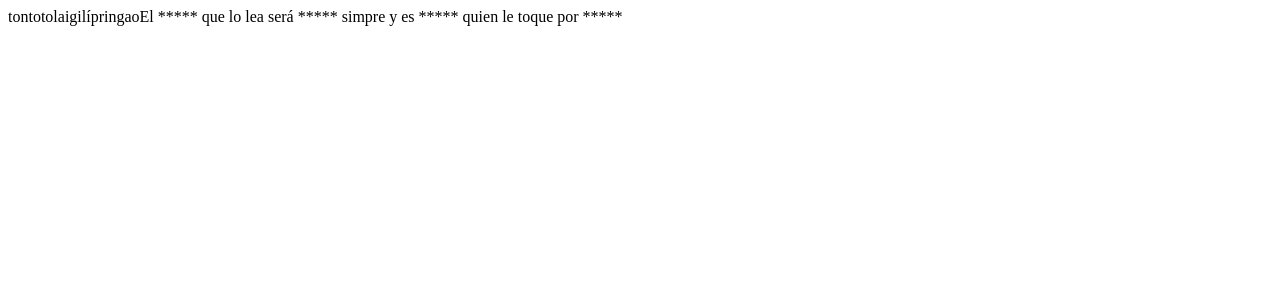
Repository: JaimeMarTal/JaimePHP
Page: http://localhost/ev1/ej13.php
An editor plug-in stored every save of this project. The page is shown before and after the next save, followed by the edit.
The browser window is 1280 px wide. The pictures show the whole page.
The page is run by PHP 8.4 with error messages shown; the project is at /var/www/html/.

Above is the page before, as saved 2020-10-02 08:05:44.

### clase/ev1/ej13.php
<?php
namespace ev1;

$cadena = 'El tonto que lo lea será tonto simpre y es tonto quien le toque por tonto';
$palabrasprohibidas = ['tonto','tolai','gilí','pringao'];
$sustituido = $cadena;
foreach ($palabrasprohibidas as $palabrota){
    echo $palabrota;
    $sustituido=str_replace($palabrota,'*****',$sustituido);

}
echo $sustituido;

?>

After the next save:
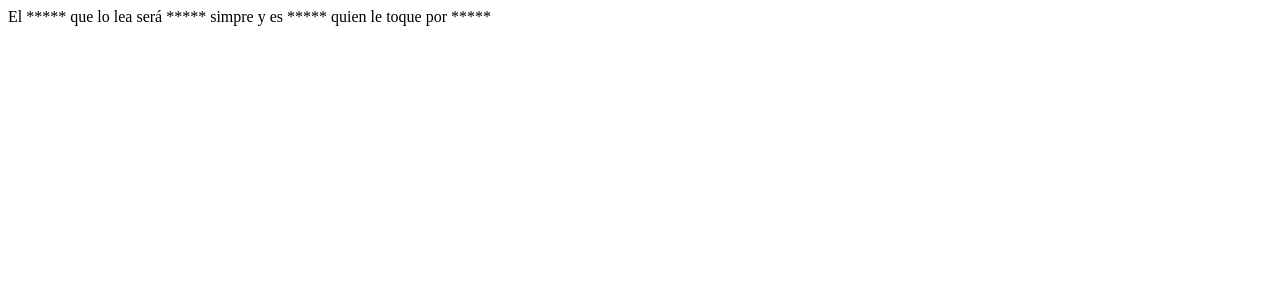
Saved 8 s later.
--- a/clase/ev1/ej13.php
+++ b/clase/ev1/ej13.php
@@ -5,7 +5,6 @@ $cadena = 'El tonto que lo lea será tonto simpre y es tonto quien le toque por
 $palabrasprohibidas = ['tonto','tolai','gilí','pringao'];
 $sustituido = $cadena;
 foreach ($palabrasprohibidas as $palabrota){
-    echo $palabrota;
     $sustituido=str_replace($palabrota,'*****',$sustituido);
 
 }
